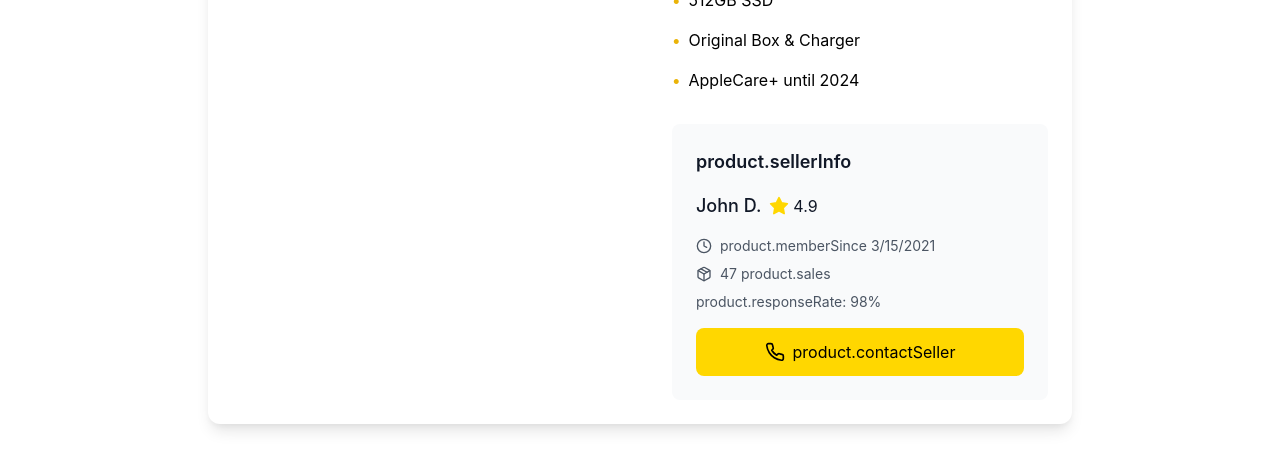
Repository: DahSidiAbdallah/Chaabik
Page: /product/1
The author's editor kept a copy of each file at every save. The page is drawn from the files as they stood at one save, then again after the next save.
The browser window is 1280 px wide. The pictures show the part of the page from y = 464 to 948 px (the page is 920 px tall before and 948 px after).
The page's requests for data from a server got no answer. The project was rebuilt for these pictures with package versions that can differ from the ones it lists, and the page was loaded fresh each time. No one was signed in, and anything a server would have sent is missing. Also part of the build but not shown: vite.config.ts, src/components/Auth.tsx, src/components/AddProduct.tsx, src/components/SearchBar.tsx, src/lib/hooks/useConditionStyles.ts, src/components/ListingCard.tsx, src/components/LanguageSwitcher.tsx, src/components/UserMenu.tsx and 9 more. Imported but missing from the stored project, and not drawn on this page: src/i18n.

Above is the page before, as saved 2025-05-22 00:20:48.

After the next save:
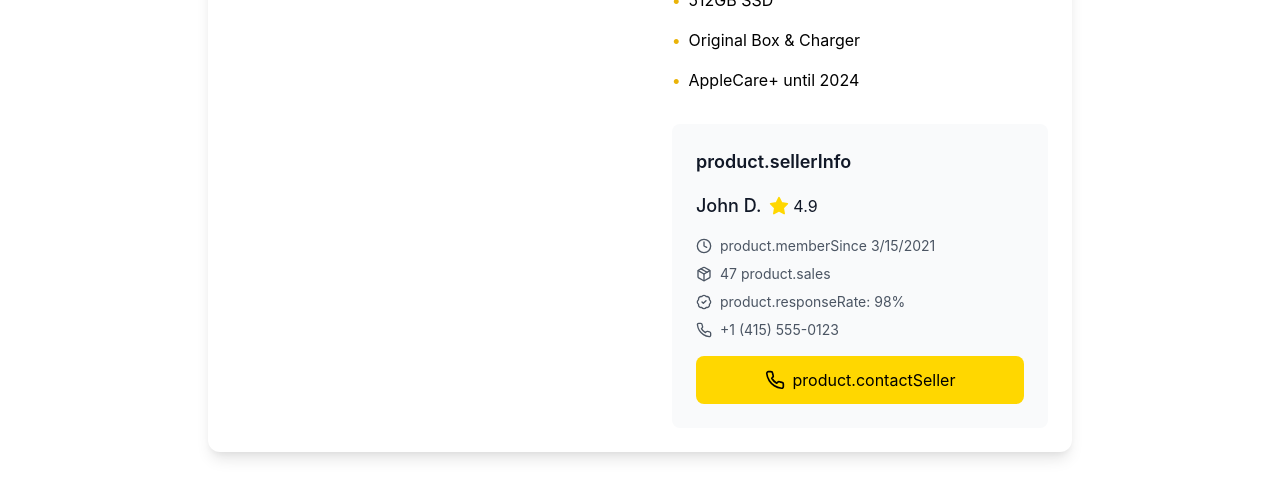
Saved 16 s later.
--- a/src/components/ProductDetails.tsx
+++ b/src/components/ProductDetails.tsx
@@ -370,7 +370,14 @@ export function ProductDetails() {
                     <Package className="w-4 h-4 mr-2" />
                     {product.seller.totalSales} {t('product.sales')}
                   </div>
-                  <div>{t('product.responseRate')}: {product.seller.responseRate}%</div>
+                  <div className="flex items-center">
+                    <BadgeCheck className="w-4 h-4 mr-2" />
+                    {t('product.responseRate')}: {product.seller.responseRate}%
+                  </div>
+                  <div className="flex items-center">
+                    <Phone className="w-4 h-4 mr-2" />
+                    {product.seller.phone || t('common.notProvided')}
+                  </div>
                 </div>
 
                 <button
